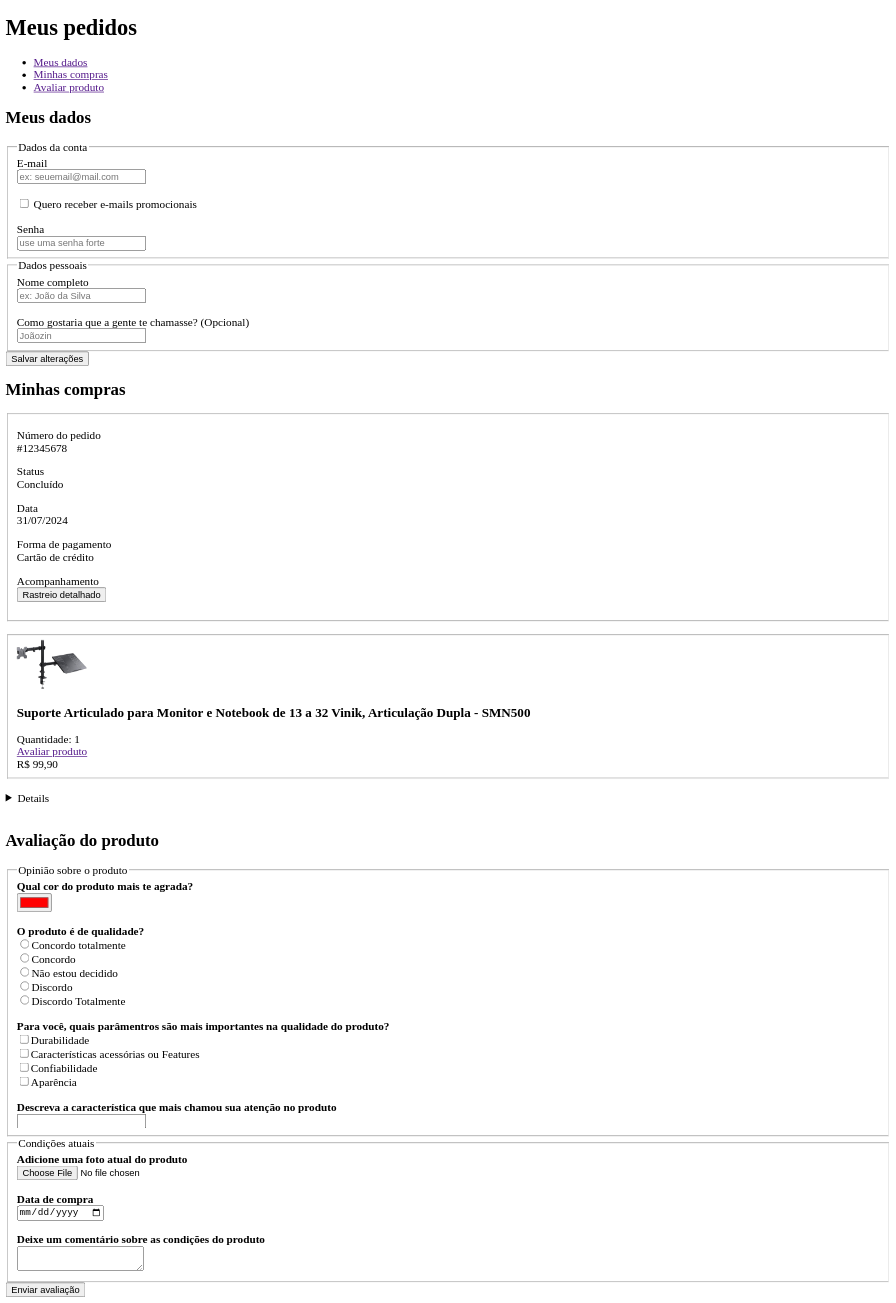
Repository: claudemir-camargo/site-compras
Page: index.html
These files come from the project's save history. The page is drawn as it stood at one moment and after the next save; the edit follows.
The browser window is 1280 px wide. The pictures show the whole page, at 70% of full size.

Above is the page before, as saved 2024-03-03 23:30:45.

After the next save:
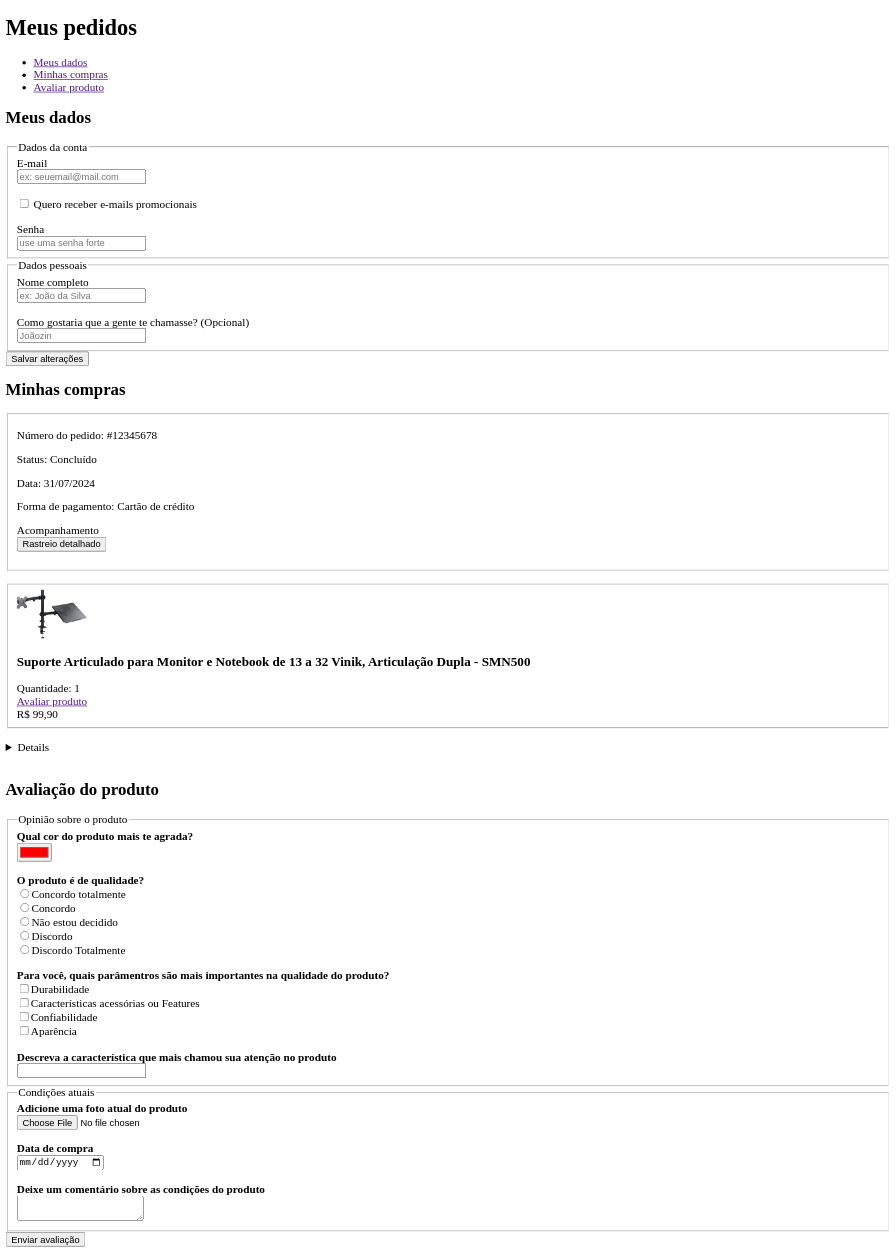
Saved 6 min 37 s later.
--- a/index.html
+++ b/index.html
@@ -42,11 +42,22 @@
     <!-- Minhas compras -->
     <h2>Minhas compras</h2>
     <fieldset>
-        <p>Número do pedido<br>#12345678</p>
-        <p>Status<br>Concluído</p>
-        <p>Data<br>31/07/2024</p>
-        <p>Forma de pagamento<br>Cartão de crédito</p>
-        <p>Acompanhamento<br><button>Rastreio detalhado</button></p>
+        <div class="pedido">
+            <p>Número do pedido: #12345678</p>
+        </div>
+        <div class="status">
+            <p>Status: Concluído</p>
+        </div>
+        <div class="data">
+            <p>Data: 31/07/2024</p>
+        </div>
+        <div class="pagamento">
+            <p>Forma de pagamento: Cartão de crédito</p>
+        </div>
+        <div class="pagamento">
+            <p>Acompanhamento<br><button>Rastreio detalhado</button></p>
+        </div>
+
     </fieldset>
     <!-- Produto -->
     <br>
